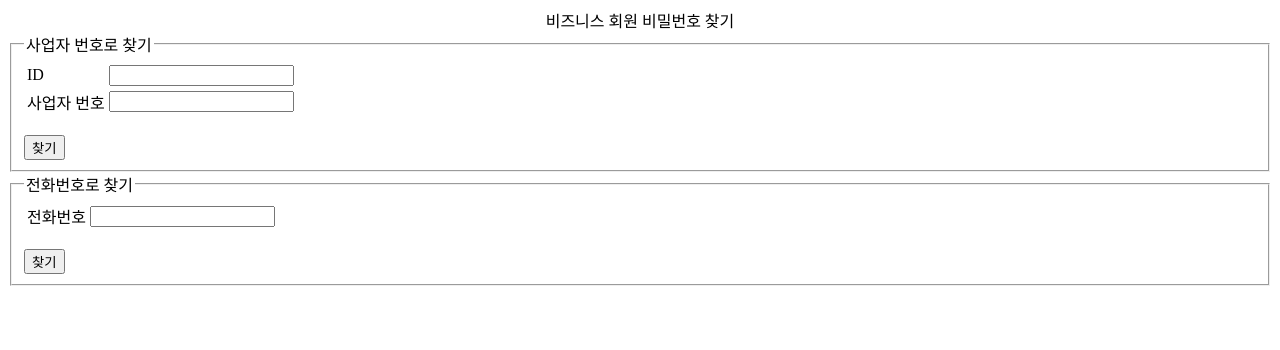
Repository: chmyj2/Team2_Final-project
Page: http://localhost/FinalProject/WEB-INF/views/2Team/t2login/t2_businessFindPW.jsp
An editor plug-in stored every save of this project. The page is shown before and after the next save, followed by the edit.
The browser window is 1280 px wide. The pictures show the whole page.
The page is served by Tomcat 9. Nobody is signed in. Other server files are loaded and not shown. The template is opened directly, without the code that normally fills it, so the values that code supplies are empty.

Above is the page before, as saved 2022-09-02 01:00:23.

### FinalProject/src/main/webapp/WEB-INF/views/2Team/t2login/t2_businessFindPW.jsp
<%@ page language="java" contentType="text/html; charset=UTF-8"
    pageEncoding="UTF-8"%>
<!DOCTYPE html>
<html>
<head>
<meta charset="UTF-8">
<title>Insert title here</title>
</head>
<body>
<div style="text-align: center;">비즈니스 회원 비밀번호 찾기</div>
<div class="findID-outline">
		<div class="findID-email">

		<form action="#" method="POST">
		<fieldset>
		<legend>사업자 번호로 찾기</legend>

		<table>
		<tr class="findID-email-tr">
		<td class="findID-email-td">ID</td>
		<td><input name="vet_ID" type="text"></td>
		</tr>

		<tr class="findID-email-tr">
		<td class="findID-email-td">사업자 번호</td>
		<td><input name="vet_businessNum" type="number"></td>
		</tr>
		</table><br>


		<button>찾기</button>

		</fieldset>
		</form>
		</div>

		<div class="findID-line"></div>

		<div class="findID-phoneNum">
		<form action="#" method="POST">
		<fieldset>
		<legend>전화번호로 찾기</legend>

		<table>

		<tr class="findID-phoneNum-tr">
		<td class="findID-phoneNum-td">전화번호</td>
		<td><input name="vet_phoneNum" type="tel"></td>
		</tr>

		</table><br>


		<button>찾기</button>

		</fieldset>
		</form>

		</div>

	</div>
</body>
</html>

After the next save:
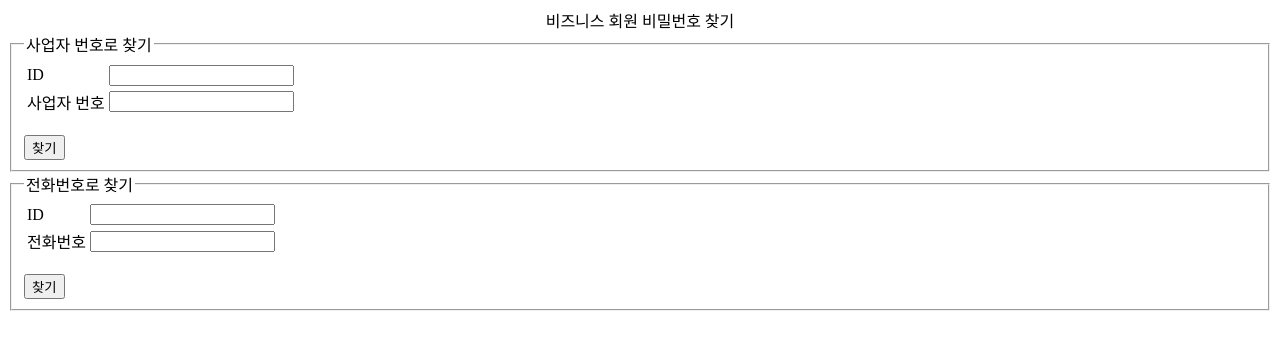
Saved 9 s later.
--- a/FinalProject/src/main/webapp/WEB-INF/views/2Team/t2login/t2_businessFindPW.jsp
+++ b/FinalProject/src/main/webapp/WEB-INF/views/2Team/t2login/t2_businessFindPW.jsp
@@ -43,6 +43,11 @@
 
 		<table>
 
+		<tr class="findID-email-tr">
+		<td class="findID-email-td">ID</td>
+		<td><input name="vet_ID" type="text"></td>
+		</tr>
+
 		<tr class="findID-phoneNum-tr">
 		<td class="findID-phoneNum-td">전화번호</td>
 		<td><input name="vet_phoneNum" type="tel"></td>
